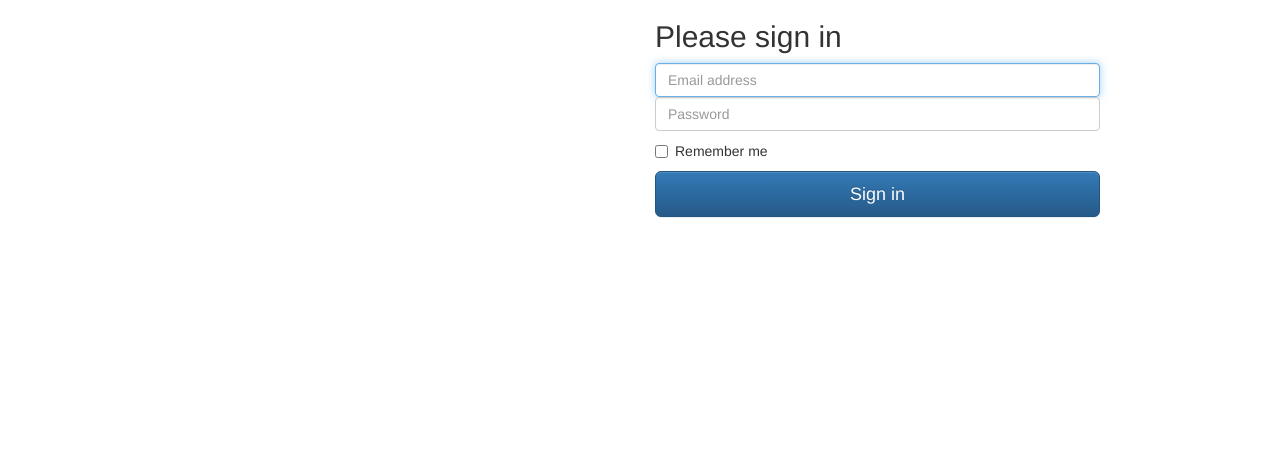
Repository: hrhwbp/Acorn-Final-Project
Page: http://localhost/final_project/index.jsp
An editor plug-in stored every save of this project. The page is shown before and after the next save, followed by the edit.
The browser window is 1280 px wide. The pictures show the whole page.
Some web libraries are served in a nearby version. The page is served by Tomcat 9. Other server files are loaded and not shown.

Above is the page before, as saved 2016-10-25 08:01:29.

### final_project/src/main/webapp/index.jsp
<%@ page language="java" contentType="text/html; charset=UTF-8"
	pageEncoding="UTF-8"%>
<!DOCTYPE html">
<html>
<head>
<meta http-equiv="Content-Type" content="text/html; charset=UTF-8">
<title>Insert title here</title>
<!-- 합쳐지고 최소화된 최신 CSS -->
<link rel="stylesheet"
	href="https://maxcdn.bootstrapcdn.com/bootstrap/3.3.2/css/bootstrap.min.css">
<!-- 부가적인 테마 -->
<link rel="stylesheet"
	href="https://maxcdn.bootstrapcdn.com/bootstrap/3.3.2/css/bootstrap-theme.min.css">
<!-- 합쳐지고 최소화된 최신 자바스크립트 -->
<script
	src="https://ajax.googleapis.com/ajax/libs/jquery/3.1.1/jquery.min.js"></script>
<script
	src="https://maxcdn.bootstrapcdn.com/bootstrap/3.3.2/js/bootstrap.min.js"></script>
<script src="https://oss.maxcdn.com/html5shiv/3.7.2/html5shiv.min.js"></script>
<script src="https://oss.maxcdn.com/respond/1.4.2/respond.min.js"></script>
</head>
<body>
<div class="container">
	<div class="container col-md-5 col-md-offset-1">

	</div>
	<div class="container col-md-5">
		<form class="form-signin">
			<h2 class="form-signin-heading">Please sign in</h2>
			<label for="inputEmail" class="sr-only">Email address</label> <input
				type="email" id="inputEmail" class="form-control"
				placeholder="Email address" required autofocus> <label
				for="inputPassword" class="sr-only">Password</label> <input
				type="password" id="inputPassword" class="form-control"
				placeholder="Password" required>
			<div class="checkbox">
				<label> <input type="checkbox" value="remember-me">
					Remember me
				</label>
			</div>
			<button class="btn btn-lg btn-primary btn-block" type="submit">Sign
				in</button>
		</form>

	</div>
</div>
</body>
</html>

After the next save:
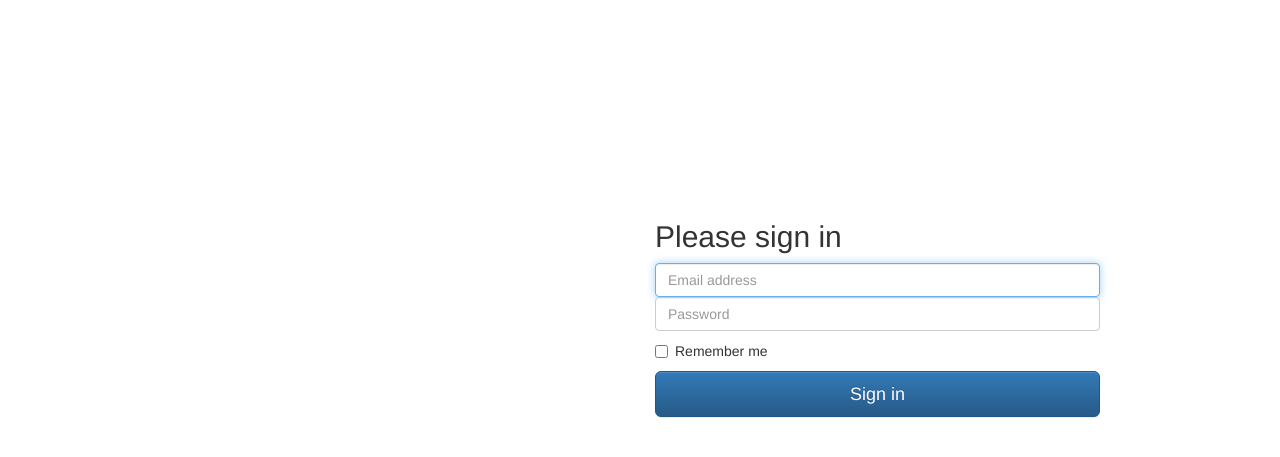
Saved 39 s later.
--- a/final_project/src/main/webapp/index.jsp
+++ b/final_project/src/main/webapp/index.jsp
@@ -20,7 +20,7 @@
 <script src="https://oss.maxcdn.com/respond/1.4.2/respond.min.js"></script>
 </head>
 <body>
-<div class="container">
+<div class="container" style="padding-top: 200px">
 	<div class="container col-md-5 col-md-offset-1">
 
 	</div>
